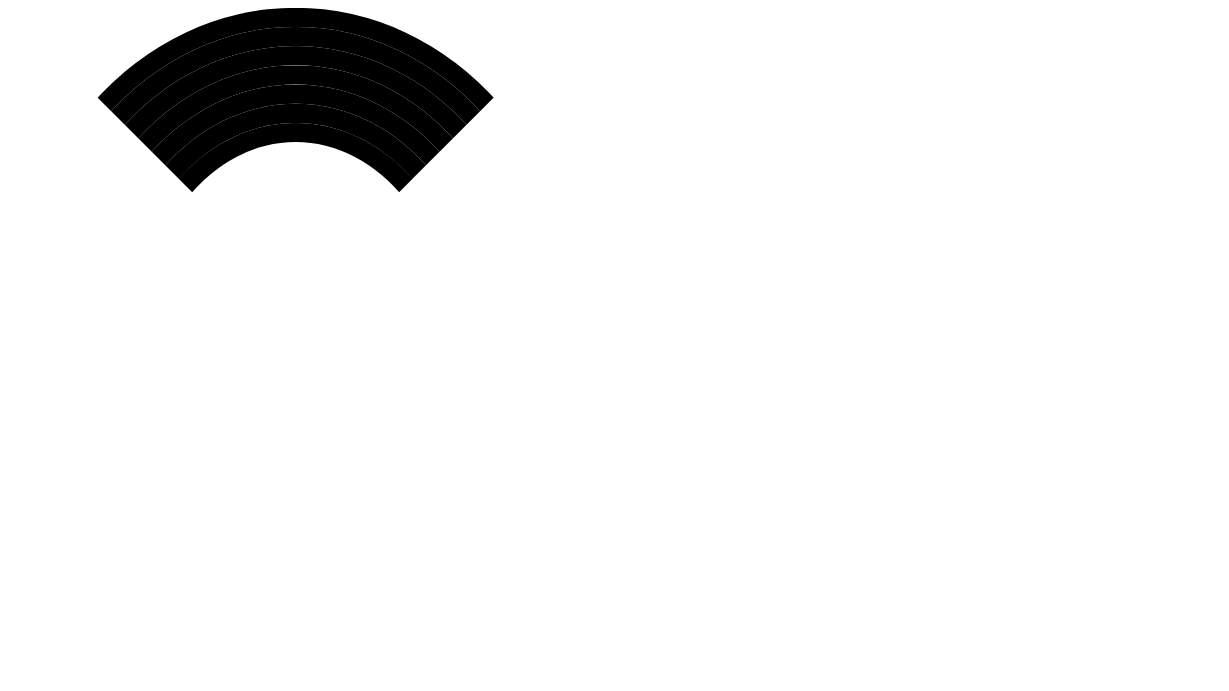
Repository: NthigaDenis/example-repository
Page: phase-0-css-rainbow-lab/index.html
The author's editor kept a copy of each file at every save. The page is drawn from the files as they stood at one save, then again after the next save.
The browser window is 1280 px wide. The pictures show the whole page, at 96% of full size.

Above is the page before, as saved 2022-08-02 11:37:42.

### phase-0-css-rainbow-lab/index.html
<!DOCTYPE html>
<html>

<head>
  <!-- where all the meta data will go, like and files we need to include -->
  <link rel="stylesheet" type="text/css" href="main.css" />
  <title>My Little Rainbow</title><!-- the title is what appears on your tab -->
</head>

<body>
  <!-- the body element is where everything we will see on the page will go -->

  <!-- our soon to be beautiful rainbow! -->
  <div>
    <!-- the grandest grandparent div -->
    <div>
      <div>
        <div>
          <div>
            <div>
              <div></div> <!-- the grandest child div -->
            </div>
          </div>
        </div>
      </div>
    </div>
  </div>

</body>

</html>

### phase-0-css-rainbow-lab/main.css
div {
  border: 20px solid #000;
  /* this is short hand for setting
                            the border's width, its type, and color */
  display: inline-block;
  /* a way of positioning elements */
  min-width: 20em;
  /* the two min styles make the shape */
  min-height: 25em;
  /* of the divs oblong*/
  border-radius: 50%;
  /* this makes the normally square div round */
  border-left-color: transparent;
  /* these remove the color from the left side */
  border-right-color: transparent;
  /* the right side */
  border-bottom-color: transparent;
  /* and the bottom of the circle */
}

#red {
  border-top-color: f00;
}

After the next save:
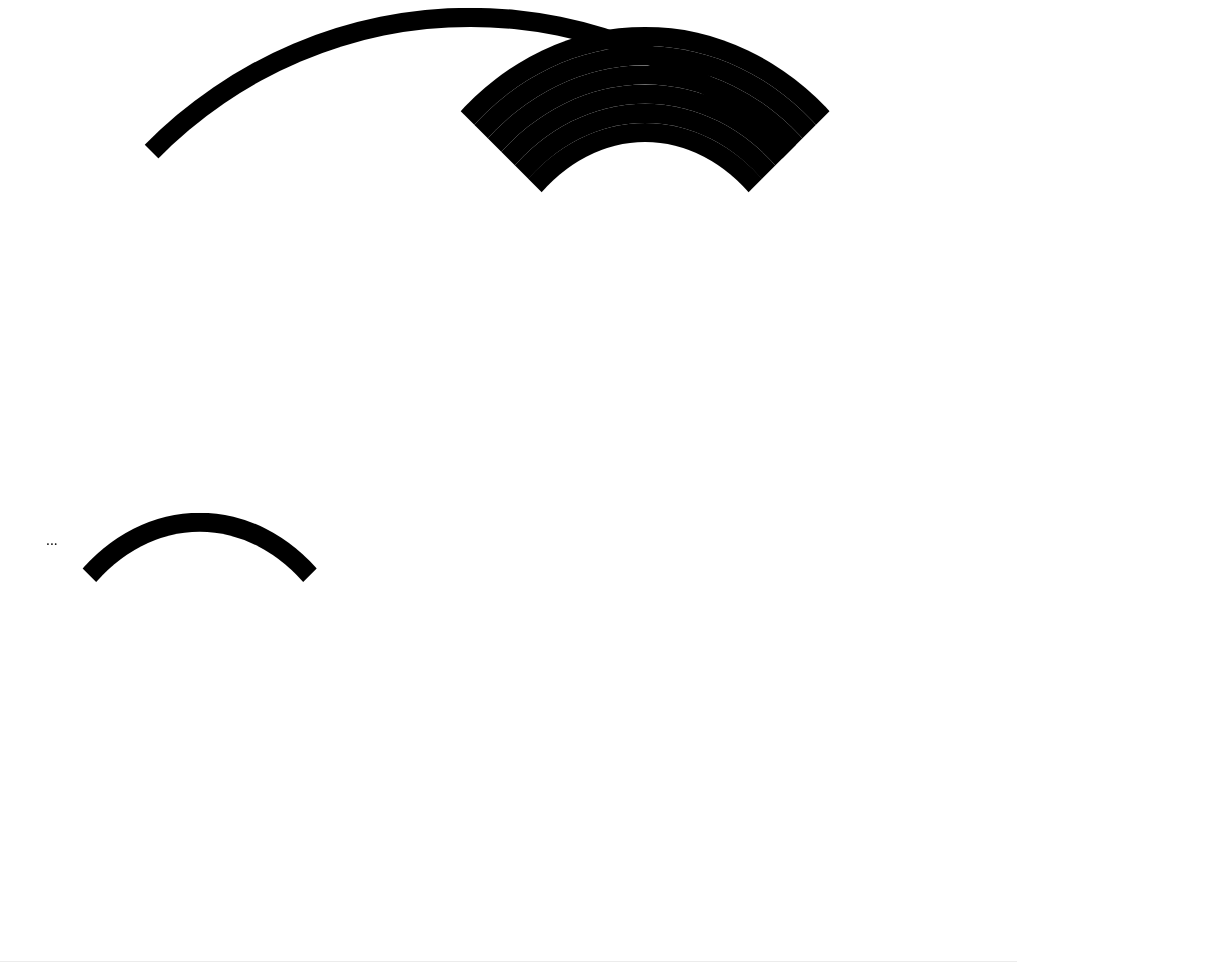
Saved 8 s later.
--- a/phase-0-css-rainbow-lab/index.html
+++ b/phase-0-css-rainbow-lab/index.html
@@ -13,6 +13,7 @@
   <!-- our soon to be beautiful rainbow! -->
   <div>
     <!-- the grandest grandparent div -->
+    <div id="red">...</div>
     <div>
       <div>
         <div>
